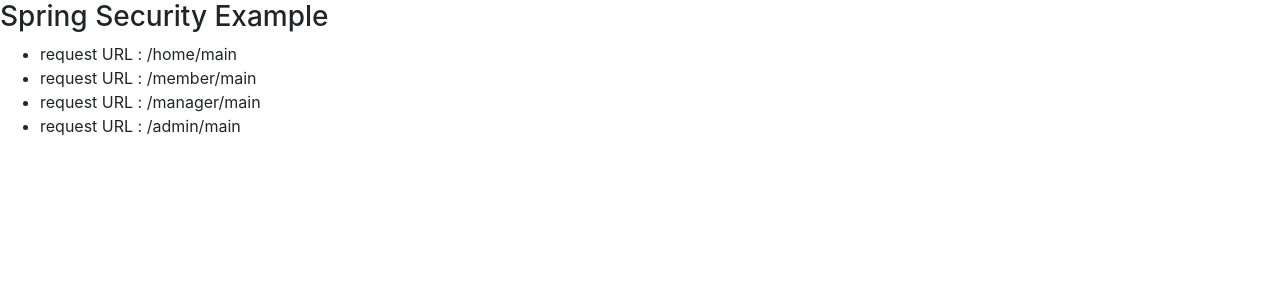
Repository: heojun0827/SpringLegacy
Page: http://localhost/book/WEB-INF/views/test/st1.jsp
These files come from the project's save history. The page is drawn as it stood at one moment and after the next save; the edit follows.
The browser window is 1280 px wide. The pictures show the whole page.
The page is served by Tomcat 9. Nobody is signed in. Other server files are loaded and not shown. The template is opened directly, without the code that normally fills it, so the values that code supplies are empty.

Above is the page before, as saved 2023-07-12 06:48:38.

### book/src/main/webapp/WEB-INF/views/test/st1.jsp
<%@ page language="java" contentType="text/html; charset=UTF-8" pageEncoding="UTF-8"%>
<%@ taglib prefix="c" uri="http://java.sun.com/jsp/jstl/core" %>
<!DOCTYPE html>
<html lang="ko">
<head>
    <meta charset="UTF-8">
    <meta name="viewport" content="width=device-width, initial-scale=1.0">
<title>Security</title>
<link href="/resources/css/bootstrap.min.css" rel="stylesheet" />
</head>
<body>
	<h3>Spring Security Example</h3>
	<ul>
		<li>request URL : <a href="<c:url value='/home/main'/>"></a>/home/main</li>
		<li>request URL : <a href="<c:url value='/member/main'/>"></a>/member/main</li>
		<li>request URL : <a href="<c:url value='/manager/main'/>"></a>/manager/main</li>
		<li>request URL : <a href="<c:url value='/admin/main'/>"></a>/admin/main</li>
	</ul>
</body>
</html>

Loaded but not shown: book/src/main/webapp/resources/css/bootstrap.min.css (library)

After the next save:
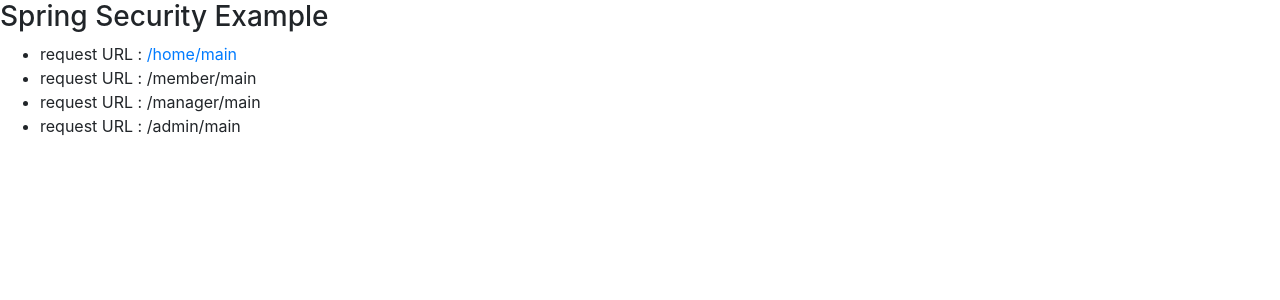
Saved 28 s later.
--- a/book/src/main/webapp/WEB-INF/views/test/st1.jsp
+++ b/book/src/main/webapp/WEB-INF/views/test/st1.jsp
@@ -11,7 +11,7 @@
 <body>
 	<h3>Spring Security Example</h3>
 	<ul>
-		<li>request URL : <a href="<c:url value='/home/main'/>"></a>/home/main</li>
+		<li>request URL : <a href="<c:url value='/home/main'/>">/home/main</li></a>
 		<li>request URL : <a href="<c:url value='/member/main'/>"></a>/member/main</li>
 		<li>request URL : <a href="<c:url value='/manager/main'/>"></a>/manager/main</li>
 		<li>request URL : <a href="<c:url value='/admin/main'/>"></a>/admin/main</li>
